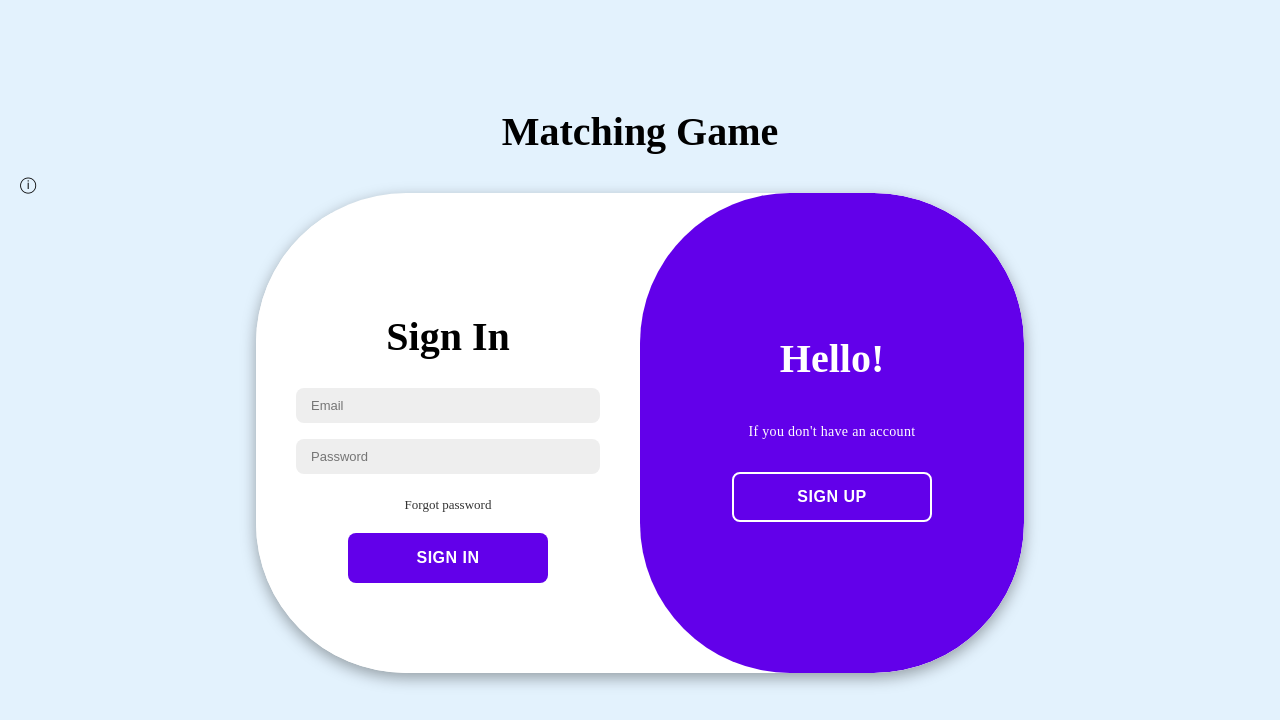
Repository: parnelltse/frontend2-courseproject
Page: /
These files come from the project's save history. The page is drawn as it stood at one moment and after the next save; the edit follows.
The browser window is 1280 px wide. The pictures show the whole page.
The project was rebuilt for these pictures with package versions that can differ from the ones it lists, and the page was loaded fresh each time. Also part of the build but not shown: vite.config.js, src/pages/home.jsx, src/components/BackButton.jsx, src/pages/gameoptions.jsx, src/pages/appsettings.jsx, src/pages/profilesettings.jsx, src/pages/gamehistory.jsx, src/pages/singleplayer.jsx and 4 more.

Above is the page before, as saved 2024-11-04 08:24:17.

After the next save:
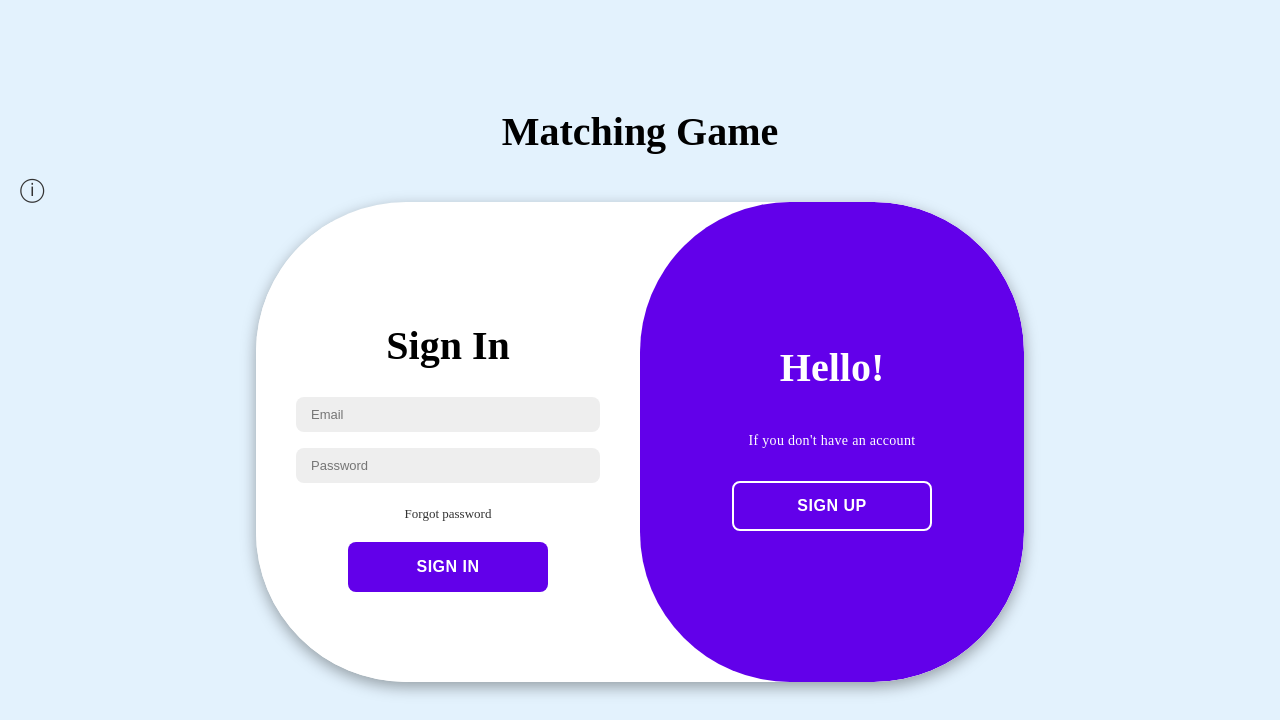
Saved 92 s later.
--- a/src/index.css
+++ b/src/index.css
@@ -230,3 +230,9 @@
   .home-container.active .toogle-right {
     transform: translateX(200%);
   }
+
+
+.gameInfo {
+  color: #333;
+  font-size: 24px;
+}
